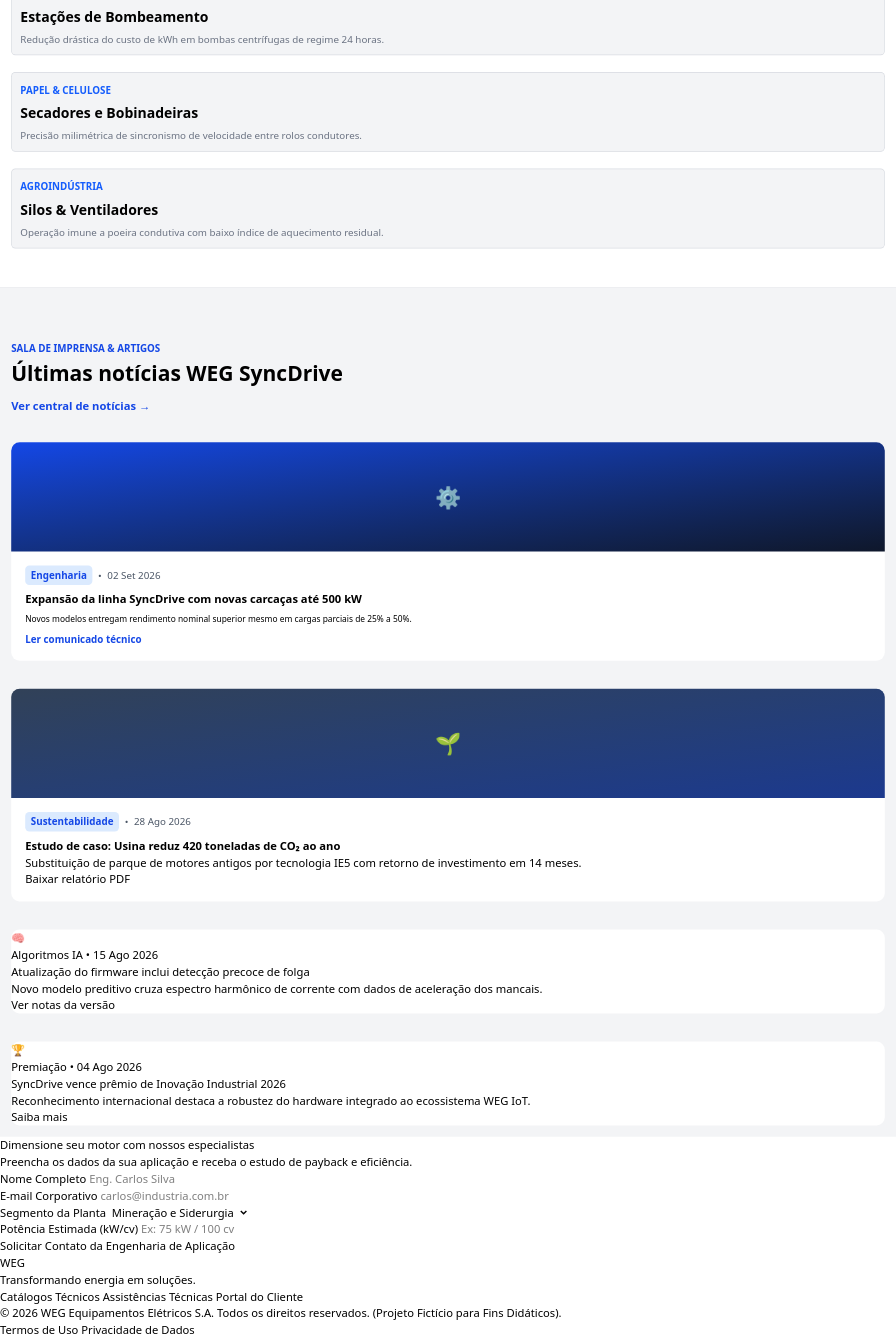
Repository: camilewng/Exercicio-Tailwind
Page: index.html
The author's editor kept a copy of each file at every save. The page is drawn from the files as they stood at one save, then again after the next save.
The browser window is 1280 px wide. The pictures show the part of the page from y = 2457 to 4377 px (the page is 4369 px tall before and 4377 px after), at 70% of full size.

Above is the page before, as saved 2026-09-14 15:37:12.

### index.html
<!DOCTYPE html>
<html lang="pt-BR">
<head>
  <meta charset="UTF-8">
  <meta name="viewport" content="width=device-width, initial-scale=1.0">
  <title>WEG SyncDrive IoT - Exercício Tailwind CSS</title>
  <script src="https://cdn.jsdelivr.net/npm/@tailwindcss/browser@4"></script>
</head>
<body>

  <!-- ==========================================
       1. HEADER / NAVBAR
       Desafio:
       - Fixar no topo (sticky top-0) com fundo translúcido/blur.
       - Logo WEG em destaque com fundo azul industrial.
       - Menu oculto em telas pequenas e visível em lg:.
  =========================================== -->
  <header>
    <div class="flex flex-row justify-between border-b border-gray-300 mb-15">
      <div class="flex">
        <div class="bg-blue-600 text-white text-2xl font-black w-20 h-10 text-center pt-0.75 rounded-sm m-3">
          WEG
        </div>
        <div class="flex flex-col border-l-2 border-gray-300 h-10 pl-2 mt-3">
          <span class="font-bold">SyncDrive</span>
          <span class="text-blue-600 uppercase font-medium text-xs">Industrial IoT</span>
        </div>
      </div>

      <nav class="hidden">
        <a href="#solucao">A Solução</a>
        <a href="#recursos">Tecnologia</a>
        <a href="#metricas">Performance</a>
        <a href="#aplicacoes">Aplicações</a>
        <a href="#novidades">Notícias</a>
      </nav>

      <div class="flex">
        <a href="#contato" class="hidden">Falar com Consultor</a>
        <a href="#contato" class="bg-blue-600 text-white px-4 py-2 mr-3 mt-3 mb-3 rounded-sm font-medium">
          Especificar Motor
        </a>
      </div>
    </div>
  </header>

  <main >
    <!-- ==========================================
         2. HERO SECTION
         Desafio:
         - Layout em grid de 2 colunas no desktop (texto + painel de telemetria).
         - Centralizado no mobile, alinhado à esquerda em lg:.
         - Estilizar o card escuro de telemetria com badges e status.
    =========================================== -->
    <section id="solucao" class="bg-gradient-to-t from-gray-200 to-white pb-15" >
      <div>
      <div >
        <div>

          <!-- Coluna 1: Conteúdo Textual -->
          <div class="flex flex-col">
            <span class="bg-blue-50 border border-blue-300 uppercase text-sm text-blue-600
                         font-semibold p-1 px-3 rounded-4xl flex mx-11 mb-6">
              Indústria 4.0 & Manutenção Preditiva
            </span>
            <h1 class="font-black text-3xl text-center w-85 mx-8 mb-6 leading-9">WEG SyncDrive: Confiabilidade extrema com inteligência preditiva.</h1>
            <p class="text-gray-600 text-center mx-2 mb-6">
              O motor elétrico síncrono que combina rendimento ultra-premium (IE5), sensoriamento integrado de vibração e temperatura e conectividade instantânea com a nuvem WEG IoT.
            </p>
            <div class="flex flex-col">
              <a href="#contato" class="bg-blue-600 mx-4 text-white flex justify-center font-medium py-3 rounded-sm mb-3">
                Solicitar Folha de Dados
              </a>
              <a href="#recursos" class="border border-gray-300 text-gray-700 font-semibold flex justify-center mx-4 py-3 rounded-sm bg-white mb-10">
                Conhecer a Arquitetura
              </a>
            </div>
          </div>

          <!-- Coluna 2: Card de Telemetria IoT -->
          <div class="bg-slate-900 text-white mx-4 rounded-2xl p-7 ">
            <div>
              <div class="flex justify-between border-b border-gray-600 mb-3">
                <span class="text-blue-400 text-sm mb-4">NODE_ID: WEG-MTR-8842</span>
                <div>
                  <span></span>
                  <span class="flex text-sm text-gray-400">Online 60Hz</span>
                </div>
              </div>

              <div>
                <div class="bg-slate-800 p-3 rounded-lg mb-4">
                  <span  class="text-sm text-gray-400">Eficiência Energética</span>
                  <div class="font-bold text-2xl">96.8% <span class="text-green-300 font-normal text-sm">(Padrão IE5)</span></div>
                </div>

                <div class="flex flex-row gap-4">
                  <div class="bg-slate-800 p-4 rounded-lg mb-4">
                    <span class="text-gray-400 text-sm">Vibração RMS</span>
                    <div class="font-semibold text-xl pb-2 pr-5">0.82 mm/s</div>
                    <span class="text-green-300 text-xs">✓ Faixa Ideal ISO</span>
                  </div>
                  <div class="bg-slate-800 p-4 rounded-lg mb-4">
                    <span class="text-gray-400 text-sm" >Temp. Mancal</span>
                    <div class="font-semibold text-xl pr-13 pb-2">62.4 °C</div>
                    <span class="text-blue-400 text-xs">Normal (PT100)</span>
                  </div>
                </div>

                <div class="bg-blue-950 text-xs px-3 py-3 text-blue-200/90 rounded-lg border border-blue-500/30">
                  ⚡ Previsão de manutenção: operação normal pelos próximos 12 meses.
                </div>
              </div>
            </div>
          </div>

        </div>
      </div>
    </section>

    <!-- ==========================================
         3. RECURSOS / ESPECIFICAÇÕES TÉCNICAS
         Desafio:
         - Grid responsivo de 3 colunas (1 col mobile, 3 cols desktop).
         - Efeito hover nos cards com transição suave de borda ou sombra.
    =========================================== -->
    <section id="recursos" class="p-5">
      <div>
        <div>
          <h2 class="font-black text-3xl text-center mt-12 mb-4">Engenharia pensada para regime contínuo</h2>
          <p class="text-gray-600 text-center mb-15">Projetado para suportar ambientes industriais severos sem comprometer o fluxo operacional.</p>
        </div>

        <div>
          <article class="bg-gray-100 p-5 rounded-lg border border-gray-300/80 mb-8">
            <div class="flex justify-center items-center bg-blue-100 w-11 h-11 rounded-lg mb-4">⚙️</div>
            <h3 class="text-xl font-bold mb-3">Nível de Rendimento IE5</h3>
            <p class="text-gray-600">Rotores com ímãs permanentes de terras raras que eliminam perdas por efeito Joule no rotor, gerando até 35% de economia em perdas elétricas.</p>
          </article>

          <article class="bg-gray-100 p-5 rounded-lg border border-gray-300/80 mb-8">
            <div class="flex justify-center items-center bg-blue-100 w-11 h-11 rounded-lg mb-4">📡</div>
            <h3 class="text-xl font-bold mb-3">Módulo IoT Plug & Play</h3>
            <p class="text-gray-600">Sensores triaxiais acoplados de fábrica comunicando via Bluetooth Low Energy ou redes industriais cabeadas diretamente com o gateway da planta.</p>
          </article>

          <article class="bg-gray-100 p-5 rounded-lg border border-gray-300/80 mb-8">
            <div class="flex justify-center items-center bg-blue-100 w-11 h-11 rounded-lg mb-4">🛡️</div>
            <h3 class="text-xl font-bold mb-3">Grau de Proteção IP66 / W3</h3>
            <p class="text-gray-600">Carcaça em ferro fundido de alta resistência mecânica com pintura anticorrosiva de alto desempenho, apto para atmosferas agressivas.</p>
          </article>
        </div>
      </div>
    </section>

    <!-- ==========================================
         4. MÉTRICAS / NÚMEROS INDUSTRIAIS
         Desafio:
         - Seção de alto contraste (fundo escuro slate-900).
         - Grid de 2 colunas no mobile e 4 colunas em telas maiores.
    =========================================== -->
    <section id="metricas" class="bg-slate-900">
      <div>
        <div class="grid grid-rows-2 grid-cols-2 pt-10 pb-5 px-8 gap-5">
          <div class="border-b border-gray-800 col-start-1 col-end-2 row-start-1 row-end-2">
            <div class="text-blue-400/90 font-black text-3xl text-center pb-1 pt-3">-70%</div>
            <div class="text-gray-300 text-sm pb-8">Paradas Não Planejadas</div>
          </div>
          <div  class="border-b border-gray-800 col-start-2 col-end-3 row-start-1 row-end-2 ">
            <div class="text-blue-400/90 font-black text-3xl text-center pb-1 pt-3">IE5</div>
            <div class="text-gray-300 text-sm">Classificação Energética</div>
          </div>
          <div class="col-start-1 col-end-2 row-start-2 row-end-3" >
            <div class="text-blue-400/90 font-black text-3xl text-center pb-1 pt-3">100k+</div>
            <div class="text-gray-300 text-xs">Horas de Vida dos Mancais</div>
          </div>
          <div class="col-start-2 col-end-3 row-start-2 row-end-3">
            <div class="text-blue-400/90 font-black text-3xl text-center pb-1 pt-3">24/7</div>
            <div class="text-gray-300 text-sm text-center">Telemetria em Nuvem</div>
          </div>
        </div>
      </div>
    </section>

    <!-- ==========================================
         5. APLICAÇÕES INDUSTRIAIS
         Desafio:
         - Grid de 4 colunas adaptável (1 col mobile, 2 sm, 4 lg).
         - Uso de tags de categoria uppercase com tipografia reduzida.
    =========================================== -->
    <section id="aplicacoes" class="pb-8 border-b border-gray-300/80">
      <div>
        <div>
          <h2 class="font-bold text-3xl text-center mt-15 mb-3">Projetado para indústrias críticas</h2>
          <p class="text-gray-600 text-center mx-5 mb-10">Linhas de montagem e processos onde a interrupção não é uma opção.</p>
        </div>

        <div class="flex flex-col">
          <div class="bg-gray-100 rounded-md border border-gray-300/80 mx-4 p-3 mb-6">
            <span class="uppercase text-blue-600 font-semibold text-sm">Mineração</span>
            <h4 class="text-xl font-bold mt-2 mb-2">Correias & Britadores</h4>
            <p class="text-gray-500 text-sm">Torque constante em baixas rotações sem necessidade de redutores pesados.</p>
          </div>

          <div class="bg-gray-100 rounded-md border border-gray-300/80 mx-4 p-3 mb-6">
            <span class="uppercase text-blue-600 font-semibold text-sm">Saneamento</span>
            <h4 class="text-xl font-bold mt-2 mb-2">Estações de Bombeamento</h4>
            <p class="text-gray-500 text-sm">Redução drástica do custo de kWh em bombas centrífugas de regime 24 horas.</p>
          </div>

          <div class="bg-gray-100 rounded-md border border-gray-300/80 mx-4 p-3 mb-6">
            <span class="uppercase text-blue-600 font-semibold text-sm">Papel & Celulose</span>
            <h4 class="text-xl font-bold mt-2 mb-2">Secadores e Bobinadeiras</h4>
            <p  class="text-gray-500 text-sm">Precisão milimétrica de sincronismo de velocidade entre rolos condutores.</p>
          </div>

          <div class="bg-gray-100 rounded-md border border-gray-300/80 mx-4 p-3 mb-6">
            <span class="uppercase text-blue-600 font-semibold text-sm">Agroindústria</span>
            <h4 class="text-xl font-bold mt-2 mb-2">Silos & Ventiladores</h4>
            <p class="text-gray-500 text-sm">Operação imune a poeira condutiva com baixo índice de aquecimento residual.</p>
          </div>
        </div>
      </div>
    </section>

    <!-- ==========================================
         6. NOVIDADES / NOTÍCIAS (4 ITENS)
         Desafio:
         - Cabeçalho com alinhamento justify-between.
         - 4 cards em grid: 1 col (mobile), 2 cols (md), 4 cols (lg).
         - Imagem/banner visual com gradiente em cada notícia.
         - Flexbox nos cards para fixar o link de leitura no rodapé.
    =========================================== -->
    <section id="novidades" class="bg-gray-100 p-4">
      <div>

        <div>
          <div class="flex flex-col">
            <span class="uppercase text-blue-700 font-semibold text-sm mt-15">Sala de Imprensa & Artigos</span>
            <h2 class="font-black text-3xl mt-2 mb-4">Últimas notícias WEG SyncDrive</h2>
          </div class="flex">
          <a href="#" class="text-blue-700 font-semibold">Ver central de notícias →</a>
        </div>

        <div>
          <!-- Notícia 1 -->
          <article class="bg-white rounded-xl mt-10">
            <div class="text-3xl py-15 text-center bg-gradient-to-br from-blue-700 to-slate-900 rounded-t-xl ">⚙️</div>
            <div class="px-5 py-5">
              <div class="flex">
                <span class="bg-blue-100 py-1 px-2 rounded-md text-blue-700 font-semibold text-sm mb-2 mr-2">Engenharia</span>
                <span class="text-gray-600 text-sm mr-2 pt-1">•</span>
                <time class="text-gray-600 text-sm pt-1">02 Set 2026</time>
              </div>
              <h3>
                <a href="#" class="font-bold text-md">Expansão da linha SyncDrive com novas carcaças até 500 kW</a>
              </h3>
              <p class="text-xs py-2">Novos modelos entregam rendimento nominal superior mesmo em cargas parciais de 25% a 50%.</p>
              <a href="#" class="text-blue-700 font-bold text-sm">Ler comunicado técnico</a>
            </div>
          </article>

          <!-- Notícia 2 -->
          <article class="bg-white rounded-xl mt-10">
            <div class="text-3xl py-15 text-center bg-gradient-to-br from-slate-700 to-blue-900 rounded-t-xl ">🌱</div>
            <div class="px-5 py-5">
              <div class="flex">
                <span class="bg-blue-100 py-1 px-2 rounded-md text-blue-700 font-semibold text-sm mb-2 mr-2">Sustentabilidade</span>
                <span class="text-gray-600 text-sm mr-2 pt-1">•</span>
                <time class="text-gray-600 text-sm pt-1">28 Ago 2026</time>
              </div>
              <h3>
                <a href="#" class="font-bold text-md">Estudo de caso: Usina reduz 420 toneladas de CO₂ ao ano</a>
              </h3>
              <p>Substituição de parque de motores antigos por tecnologia IE5 com retorno de investimento em 14 meses.</p>
              <a href="#">Baixar relatório PDF</a>
            </div>
          </article>

          <!-- Notícia 3 -->
          <article class="bg-white rounded-xl mt-10">
            <div>🧠</div>
            <div>
              <div>
                <span>Algoritmos IA</span>
                <span>•</span>
                <time>15 Ago 2026</time>
              </div>
              <h3>
                <a href="#">Atualização do firmware inclui detecção precoce de folga</a>
              </h3>
              <p>Novo modelo preditivo cruza espectro harmônico de corrente com dados de aceleração dos mancais.</p>
              <a href="#">Ver notas da versão</a>
            </div>
          </article>

          <!-- Notícia 4 -->
          <article class="bg-white rounded-xl mt-10">
            <div>🏆</div>
            <div>
              <div>
                <span>Premiação</span>
                <span>•</span>
                <time>04 Ago 2026</time>
              </div>
              <h3>
                <a href="#">SyncDrive vence prêmio de Inovação Industrial 2026</a>
              </h3>
              <p>Reconhecimento internacional destaca a robustez do hardware integrado ao ecossistema WEG IoT.</p>
              <a href="#">Saiba mais</a>
            </div>
          </article>
        </div>

      </div>
    </section>

    <!-- ==========================================
         7. FORMULÁRIO DE CONTATO / DIMENSIONAMENTO
         Desafio:
         - Inputs estilizados com focus rings.
         - Grid de formulário com campos em 2 colunas no desktop.
    =========================================== -->
    <section id="contato">
      <div>
        <div>
          <h2>Dimensione seu motor com nossos especialistas</h2>
          <p>Preencha os dados da sua aplicação e receba o estudo de payback e eficiência.</p>
        </div>

        <form>
          <div>
            <div>
              <label>Nome Completo</label>
              <input type="text" placeholder="Eng. Carlos Silva">
            </div>
            <div>
              <label>E-mail Corporativo</label>
              <input type="email" placeholder="carlos@industria.com.br">
            </div>
          </div>

          <div>
            <div>
              <label>Segmento da Planta</label>
              <select>
                <option>Mineração e Siderurgia</option>
                <option>Papel e Celulose</option>
                <option>Saneamento e Água</option>
                <option>Química e Petroquímica</option>
                <option>Alimentos e Bebidas</option>
              </select>
            </div>
            <div>
              <label>Potência Estimada (kW/cv)</label>
              <input type="text" placeholder="Ex: 75 kW / 100 cv">
            </div>
          </div>

          <button type="submit">Solicitar Contato da Engenharia de Aplicação</button>
        </form>
      </div>
    </section>
  </main>

  <!-- ==========================================
       8. RODAPÉ / FOOTER
       Desafio:
       - Layout corporativo com tipografia sutil.
       - Disposição em flexbox responsivo (colunas empilhadas no mobile, linha no desktop).
  =========================================== -->
  <footer>
    <div>
      <div>
        <div>
          <div>WEG</div>
          <span>Transformando energia em soluções.</span>
        </div>
        <div>
          <a href="#">Catálogos Técnicos</a>
          <a href="#">Assistências Técnicas</a>
          <a href="#">Portal do Cliente</a>
        </div>
      </div>
      <div>
        <p>© 2026 WEG Equipamentos Elétricos S.A. Todos os direitos reservados. (Projeto Fictício para Fins Didáticos).</p>
        <div>
          <a href="#">Termos de Uso</a>
          <a href="#">Privacidade de Dados</a>
        </div>
      </div>
    </div>
  </footer>

</body>
</html>

After the next save:
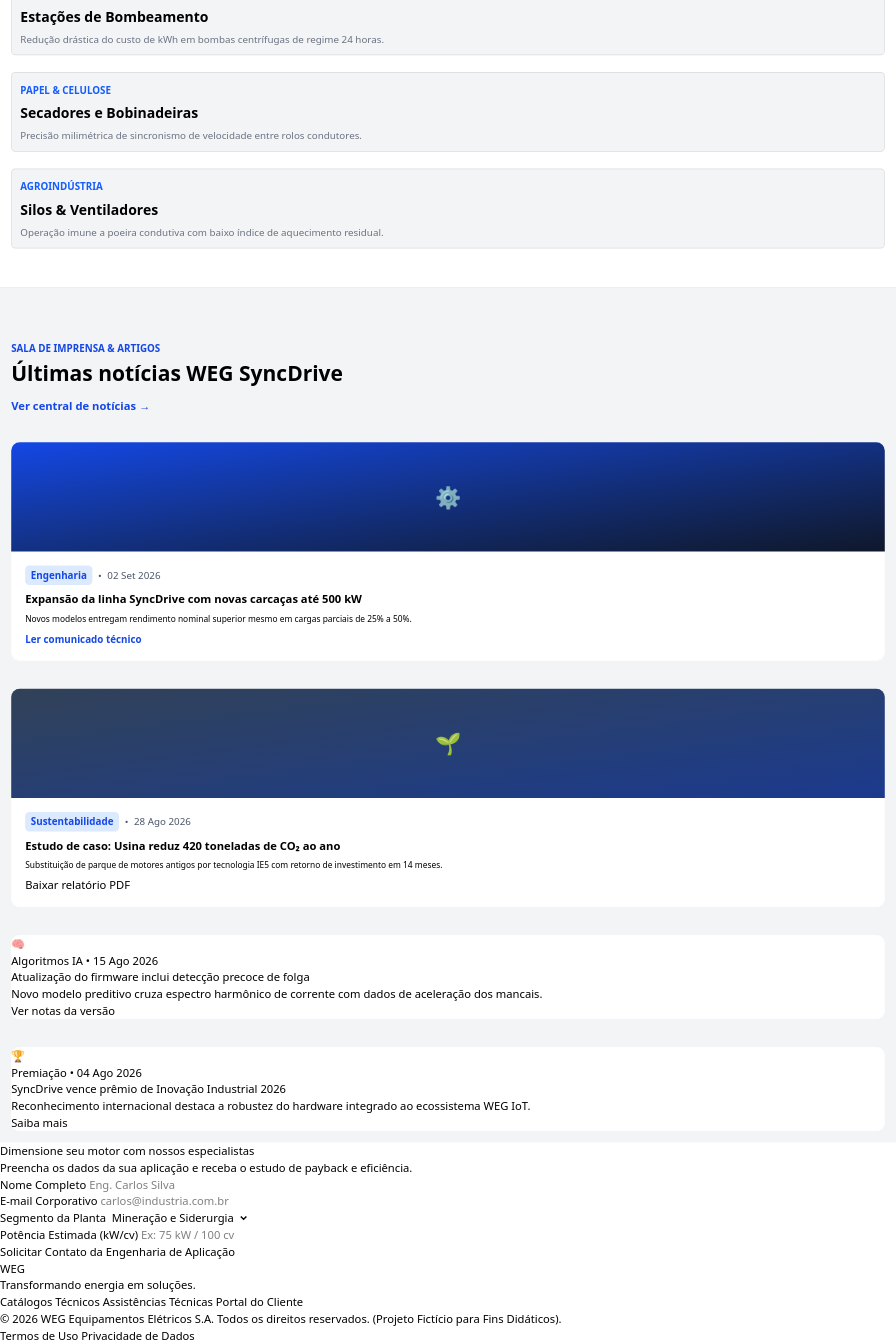
Saved 9 s later.
--- a/index.html
+++ b/index.html
@@ -272,7 +272,7 @@
               <h3>
                 <a href="#" class="font-bold text-md">Estudo de caso: Usina reduz 420 toneladas de CO₂ ao ano</a>
               </h3>
-              <p>Substituição de parque de motores antigos por tecnologia IE5 com retorno de investimento em 14 meses.</p>
+              <p class="text-xs py-2">Substituição de parque de motores antigos por tecnologia IE5 com retorno de investimento em 14 meses.</p>
               <a href="#">Baixar relatório PDF</a>
             </div>
           </article>
